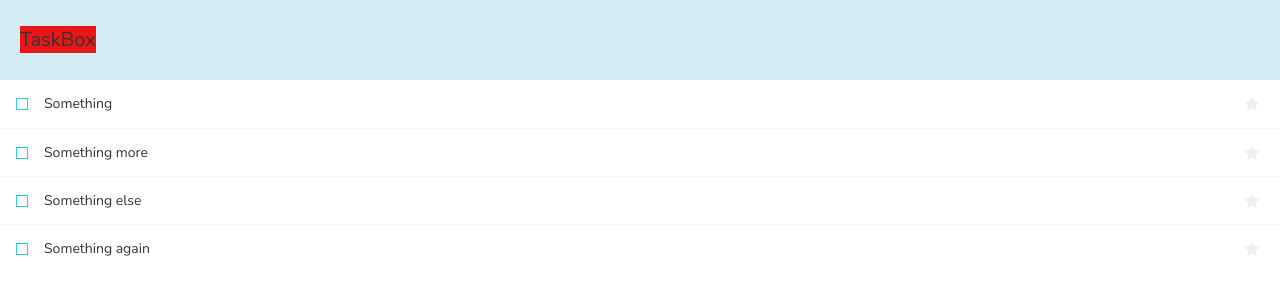
Repository: Sphinx7777/storyBook
Page: /
An editor plug-in stored every save of this project. The page is shown before and after the next save, followed by the edit.
The browser window is 1280 px wide. The pictures show the whole page.
The project was rebuilt for these pictures with package versions that can differ from the ones it lists, and the page was loaded fresh each time. Also part of the build but not shown: webpack.config.js.

Above is the page before, as saved 2020-06-26 17:33:36.

After the next save:
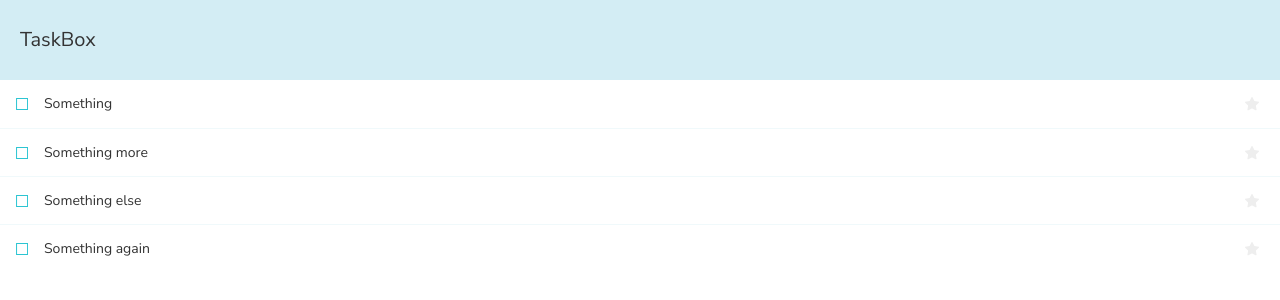
Saved 82 s later.
--- a/src/App.js
+++ b/src/App.js
@@ -2,7 +2,6 @@ import React from 'react';
 import { Provider } from 'react-redux';
 import store from './lib/redux';
 import InboxScreen from './components/InboxScreen';
-import './components/test.scss'
 
 
 function App() {

After the save that followed:
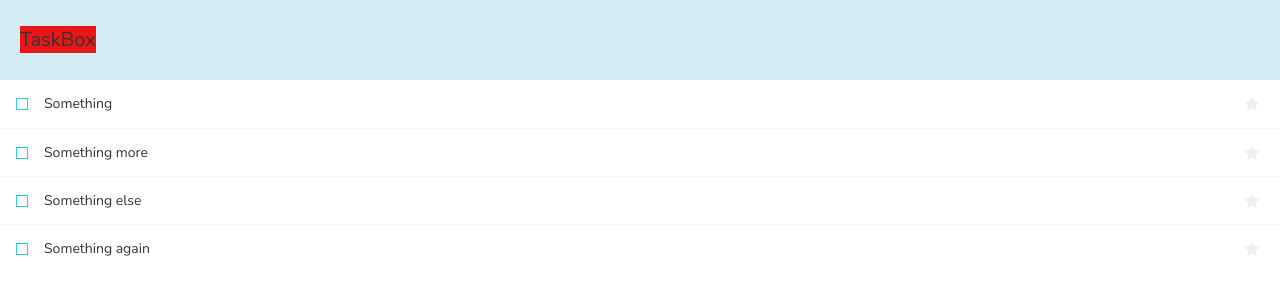
Saved 9 s later.
--- a/src/components/InboxScreen.js
+++ b/src/components/InboxScreen.js
@@ -2,7 +2,7 @@ import React from 'react';
 import PropTypes from 'prop-types';
 import { connect } from 'react-redux';
 import TaskList from './TaskList';
-
+import './components/test.scss'
 
 export function InboxScreen({ error }) {
     if (error) {
